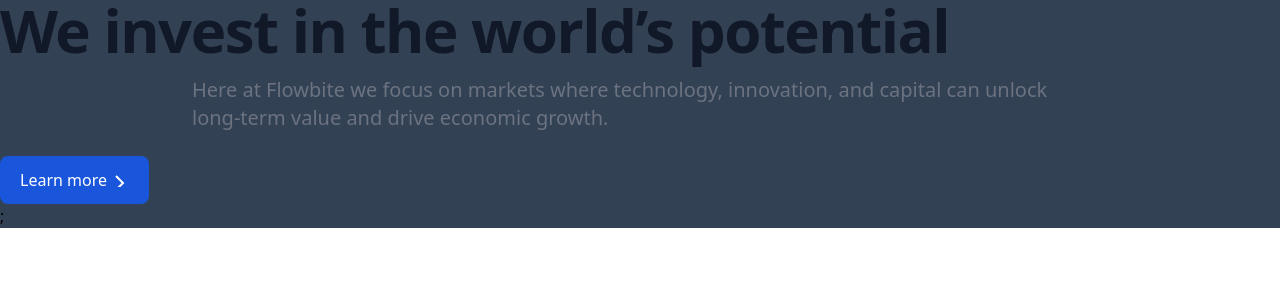
Repository: sodmaq/Todo-App
Page: /
An editor plug-in stored every save of this project. The page is shown before and after the next save, followed by the edit.
The browser window is 1280 px wide. The pictures show the whole page.
The project was rebuilt for these pictures with package versions that can differ from the ones it lists, and the page was loaded fresh each time. Also part of the build but not shown: vite.config.js.

Above is the page before, as saved 2024-09-03 11:51:04.

After the next save:
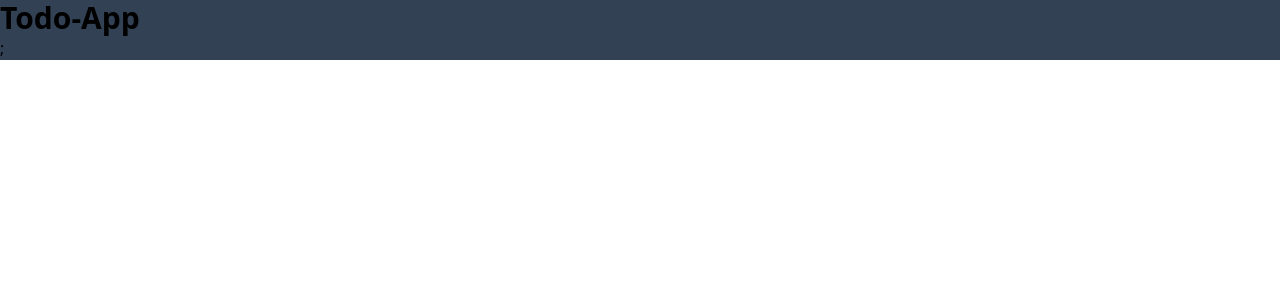
Saved 72 s later.
--- a/src/components/Header.jsx
+++ b/src/components/Header.jsx
@@ -1,28 +1,7 @@
 function Header() {
   return (
     <div>
-      <h1 className="mb-4 text-4xl font-extrabold leading-none tracking-tight text-gray-900 md:text-5xl lg:text-6xl dark:text-white">
-        We invest in the world’s potential
-      </h1>
-      <p className="mb-6 text-lg font-normal text-gray-500 lg:text-xl sm:px-16 xl:px-48 dark:text-gray-400">
-        Here at Flowbite we focus on markets where technology, innovation, and
-        capital can unlock long-term value and drive economic growth.
-      </p>
-      <a
-        href="#"
-        className="inline-flex items-center justify-center px-5 py-3 text-base font-medium text-center text-white bg-blue-700 rounded-lg hover:bg-blue-800 focus:ring-4 focus:ring-blue-300 dark:focus:ring-blue-900"
-      >
-        Learn more
-        <svg
-          className="w-3.5 h-3.5 ms-2 rtl:rotate-180"
-          aria-hidden="true"
-          xmlns="http://www.w3.org/2000/svg"
-          fill="none"
-          viewBox="0 0 14 10"
-        >
-          <path d="M1 1l7 7-7 7" stroke="currentColor" strokeWidth="2" />
-        </svg>
-      </a>
+      <h1 className="text-3xl font-bold">Todo-App</h1>
     </div>
   );
 }
